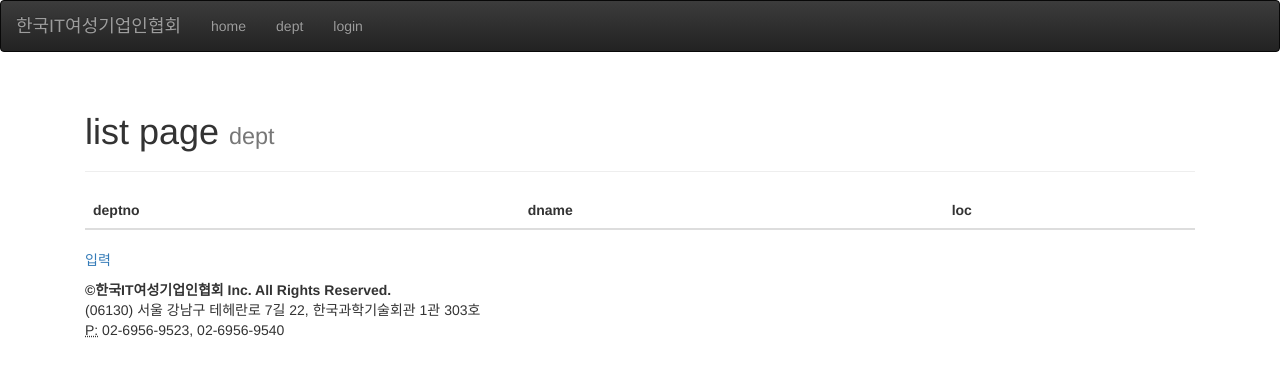
Repository: minho00123/sw-professional-training
Page: http://localhost/sts06/WEB-INF/views/dept/list.jsp
An editor plug-in stored every save of this project. The page is shown before and after the next save, followed by the edit.
The browser window is 1280 px wide. The pictures show the whole page.
The page is served by Tomcat 9. Nobody is signed in. The template is opened directly, without the code that normally fills it, so the values that code supplies are empty.

Above is the page before, as saved 2025-05-20 07:15:35.
Console error (its wording comes from the project's code and is left out).

After the next save:
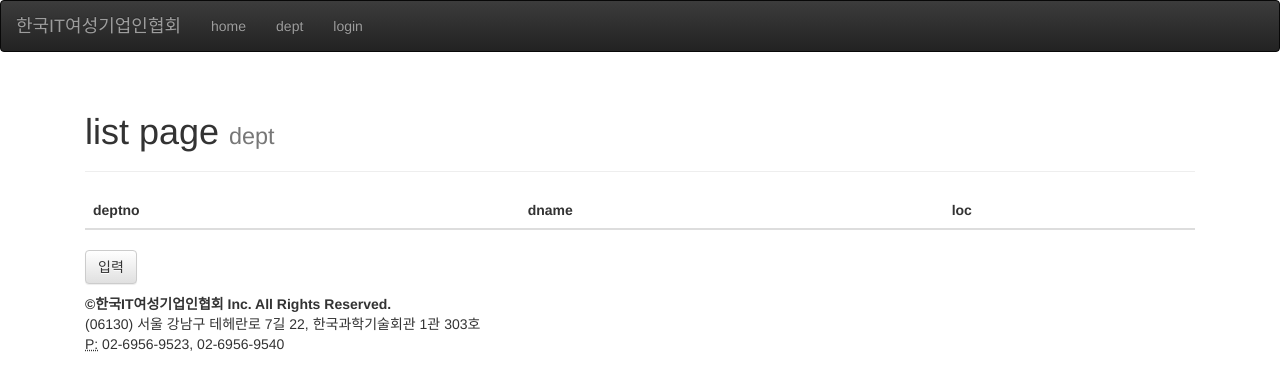
Saved 41 s later.
--- a/stsWorkspace/sts06/src/main/webapp/WEB-INF/views/dept/list.jsp
+++ b/stsWorkspace/sts06/src/main/webapp/WEB-INF/views/dept/list.jsp
@@ -32,7 +32,9 @@
 			</c:forEach>
 		</tbody>
 	</table>
-	<p><a href="add">입력</a></p>
+	<p>
+		<a href="add" class="btn btn-default" role="button">입력</a>
+	</p>
 	<%@ include file="../layout/footer.jspf"%>
 </body>
 </html>
